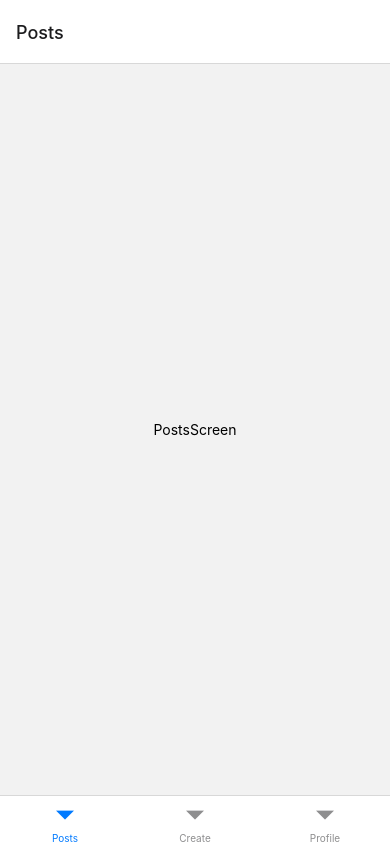
Repository: mitru0217/rn-hw
Screen: /
The author's editor kept a copy of each file at every save. The screen is drawn from the files as they stood at one save, then again after the next save.
The app was drawn by React Native's web renderer in a window 390 px wide. The project was rebuilt for these pictures with package versions that can differ from the ones it lists, and the page was loaded fresh each time. Some packages were replaced by stand-ins written for this rebuild. Also part of the build but not shown: Screens/auth/RegistrationScreen.js, Screens/auth/LoginScreen.js, Screens/main/CreatePostsScreen.js, Screens/main/ProfileScreen.js.

Above is the screen before, as saved 2023-03-25 11:44:08.

### App.js
import React, { useState, useEffect } from "react";
import * as Font from "expo-font";
import "react-native-gesture-handler";

import { NavigationContainer } from "@react-navigation/native";
import { userRoute } from "./components/router";

export default function App() {
  const [isReady, setIsReady] = useState(false);
  // const routing = userRoute(null);
  const routing = userRoute({});

  useEffect(() => {
    async function loadFonts() {
      try {
        await Font.loadAsync({
          "Roboto-Regular": require("./assets/fonts/Roboto-Regular.ttf"),
          "Roboto-Bold": require("./assets/fonts/Roboto-Bold.ttf"),
          "Roboto-Medium": require("./assets/fonts/Roboto-Medium.ttf"),
        });
      } catch (e) {
        console.warn(e);
      } finally {
        setIsReady(true);
      }
    }
    loadFonts();
  }, []);

  if (!isReady) {
    return null; // или можно отображать индикатор загрузки
  }

  return <NavigationContainer>{routing}</NavigationContainer>;
}

### components/router.js
import React from "react";
import { createStackNavigator } from "@react-navigation/stack";
import { createBottomTabNavigator } from "@react-navigation/bottom-tabs";

import RegistrationScreen from "../Screens/auth/RegistrationScreen";
import LoginScreen from "../Screens/auth/LoginScreen";
import PostsScreen from "../Screens/main/PostsScreen";
import CreatePostsScreen from "../Screens/main/CreatePostsScreen";
import ProfileScreen from "../Screens/main/ProfileScreen";

const AuthStack = createStackNavigator();
const MainTab = createBottomTabNavigator();

export const userRoute = (isAuth) => {
  if (!isAuth) {
    return (
      <AuthStack.Navigator>
        <AuthStack.Screen
          options={{ headerShown: false }}
          name='Register'
          component={RegistrationScreen}
        />
        <AuthStack.Screen
          options={{ headerShown: false }}
          name='Login'
          component={LoginScreen}
        />
      </AuthStack.Navigator>
    );
  }
  return (
    <MainTab.Navigator options={{ showLabel: false }}>
      <MainTab.Screen name='Posts' component={PostsScreen} />
      <MainTab.Screen name='Create' component={CreatePostsScreen} />
      <MainTab.Screen name='Profile' component={ProfileScreen} />
    </MainTab.Navigator>
  );
};

### Screens/main/PostsScreen.js
import React from "react";
import { View, Text, StyleSheet } from "react-native";

const PostsScreen = () => {
  return (
    <View style={styles.container}>
      <Text>PostsScreen</Text>
    </View>
  );
};

const styles = StyleSheet.create({
  container: {
    flex: 1,
    alignItems: "center",
    justifyContent: "center",
  },
});

export default PostsScreen;

After the next save:
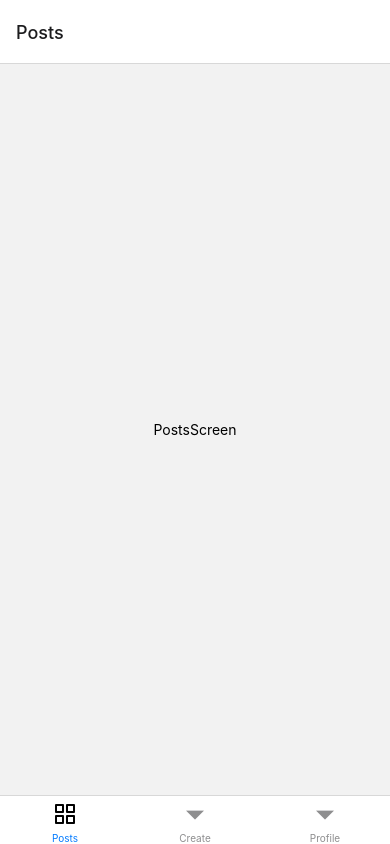
Saved 18 min 13 s later.
--- a/components/router.js
+++ b/components/router.js
@@ -1,7 +1,7 @@
 import React from "react";
 import { createStackNavigator } from "@react-navigation/stack";
 import { createBottomTabNavigator } from "@react-navigation/bottom-tabs";
-
+import { Feather } from "@expo/vector-icons";
 import RegistrationScreen from "../Screens/auth/RegistrationScreen";
 import LoginScreen from "../Screens/auth/LoginScreen";
 import PostsScreen from "../Screens/main/PostsScreen";
@@ -30,7 +30,15 @@ export const userRoute = (isAuth) => {
   }
   return (
     <MainTab.Navigator options={{ showLabel: false }}>
-      <MainTab.Screen name='Posts' component={PostsScreen} />
+      <MainTab.Screen
+        options={{
+          tabBarIcon: ({ focused, size, color }) => (
+            <Feather name='grid' size={24} color='black' />
+          ),
+        }}
+        name='Posts'
+        component={PostsScreen}
+      />
       <MainTab.Screen name='Create' component={CreatePostsScreen} />
       <MainTab.Screen name='Profile' component={ProfileScreen} />
     </MainTab.Navigator>
